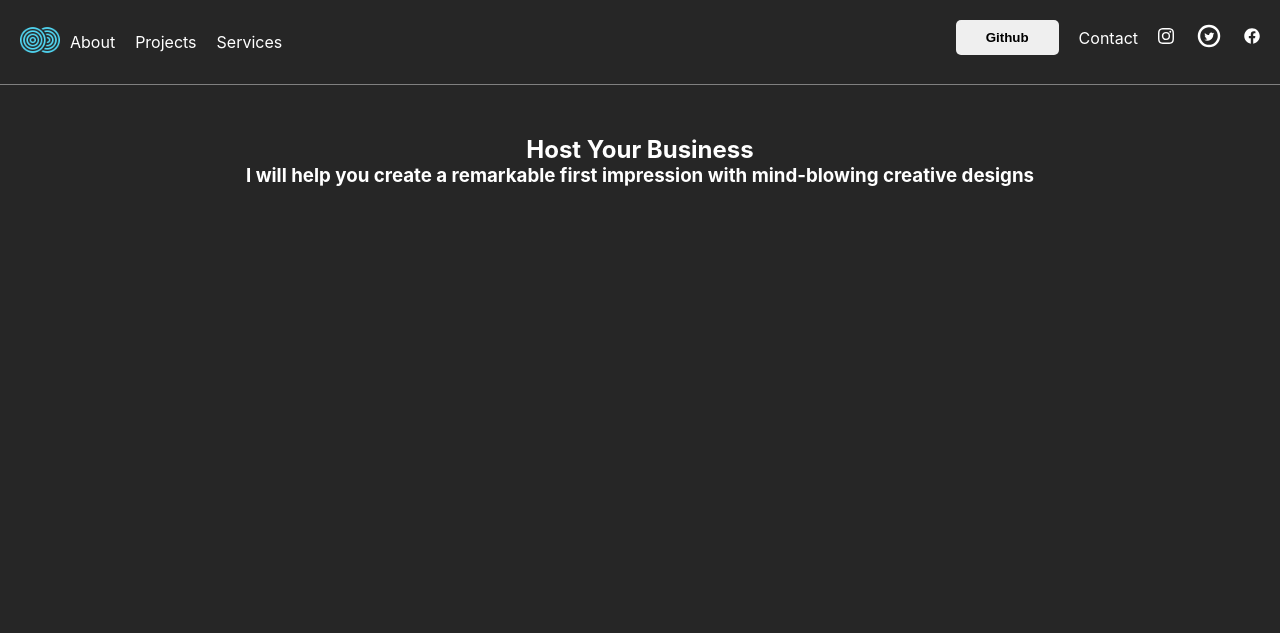
Repository: uh-sman/Portfolio
Page: /services
These files come from the project's save history. The page is drawn as it stood at one moment and after the next save; the edit follows.
The browser window is 1280 px wide. The pictures show the whole page.
The project was rebuilt for these pictures with package versions that can differ from the ones it lists, and the page was loaded fresh each time. Also part of the build but not shown: src/components/about.css, src/components/repositories.css, src/components/RepositoriesCard.jsx, src/components/About.jsx, src/components/projects.css, src/components/Projects.jsx.

Above is the page before, as saved 2022-12-01 21:47:20.

After the next save:
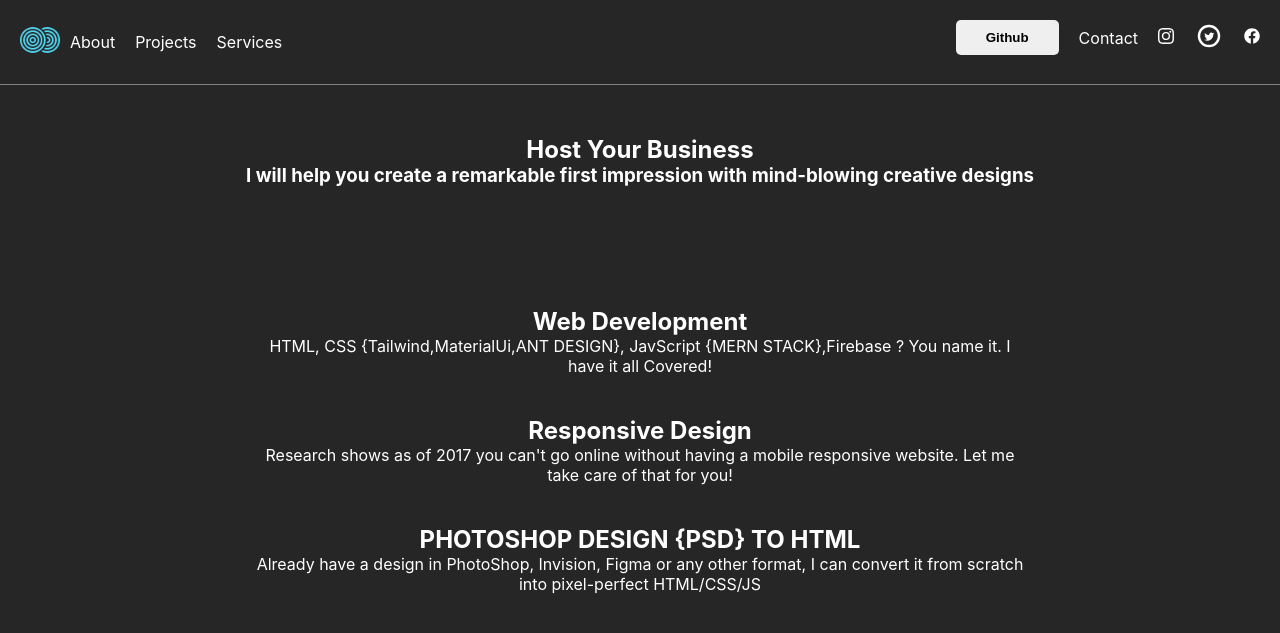
Saved 2 min 45 s later.
--- a/src/components/Services.jsx
+++ b/src/components/Services.jsx
@@ -2,7 +2,7 @@ import React from "react";
 import { MobileCarousel } from "./MobileCarousel";
 import { useInterval } from "./MobileCarousel";
 import "./services.css";
-
+import { services } from "./repositories";
 const Services = () => {
   const slide = [];
   return (
@@ -16,27 +16,16 @@ const Services = () => {
           </h3>
         </section>
         <div className="sections">
-          <div className="head">
-            <h1></h1>
-            <h2></h2>
-            <text>
-              <p></p>
-            </text>
-          </div>
-          <div>
-            <h1></h1>
-            <h2></h2>
-            <text>
-              <p></p>
-            </text>
-          </div>
-          <div>
-            <h1></h1>
-            <h2></h2>
-            <text>
-              <p></p>
-            </text>
-          </div>
+          {services.map(({ id, title, text }) => {
+            return (
+              <div key={id} className="head">
+                <h2>{title}</h2>
+                <text>
+                  <p>{text}</p>
+                </text>
+              </div>
+            );
+          })}
         </div>
         <MobileCarousel />
       </div>
